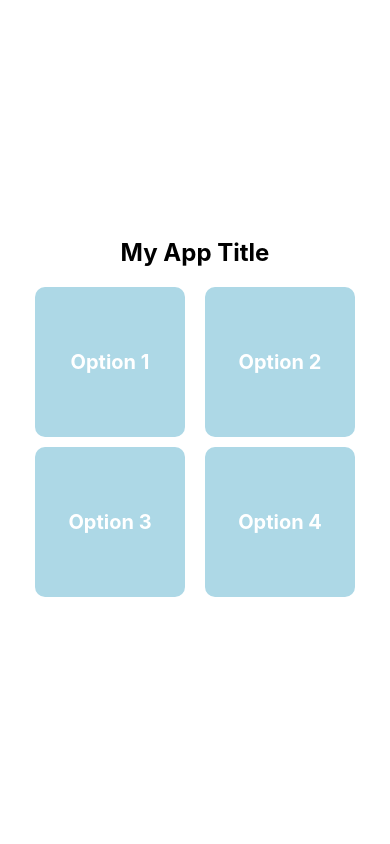
Repository: hajin-park/V-QUIP
Page: / (app in frontend/react-native-app/)
These files come from the project's save history. The page is drawn as it stood at one moment and after the next save; the edit follows.
The browser window is 390 px wide. The pictures show the whole page.
The app was drawn by React Native's web renderer in a window 390 px wide. The project was rebuilt for these pictures with package versions that can differ from the ones it lists, and the page was loaded fresh each time.

Above is the page before, as saved 2024-03-28 20:35:46.

After the next save:
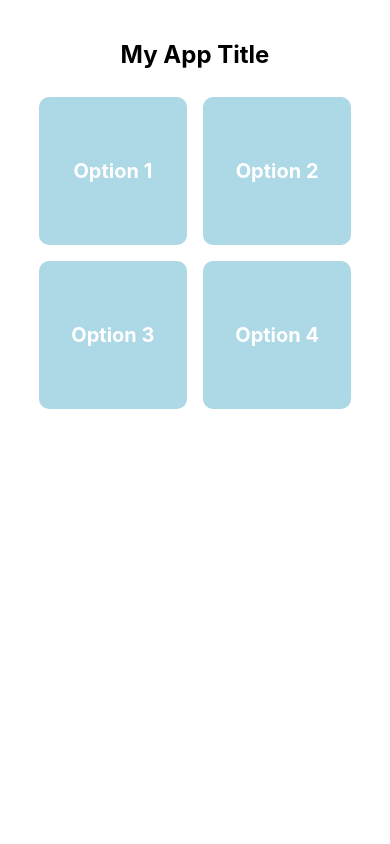
Saved 52 s later.
--- a/frontend/react-native-app/App.js
+++ b/frontend/react-native-app/App.js
@@ -10,15 +10,13 @@ export default function App() {
   return (
     <View style={styles.container}>
       <Text style={styles.title}>My App Title</Text>
-      <View style={styles.row}>
+      <View style={styles.content}>
         <TouchableOpacity style={styles.box} onPress={() => handleOptionClick(1)}>
           <Text style={styles.text}>Option 1</Text>
         </TouchableOpacity>
         <TouchableOpacity style={styles.box} onPress={() => handleOptionClick(2)}>
           <Text style={styles.text}>Option 2</Text>
         </TouchableOpacity>
-      </View>
-      <View style={styles.row}>
         <TouchableOpacity style={styles.box} onPress={() => handleOptionClick(3)}>
           <Text style={styles.text}>Option 3</Text>
         </TouchableOpacity>
@@ -36,26 +34,27 @@ const styles = StyleSheet.create({
     flex: 1,
     backgroundColor: '#fff',
     alignItems: 'center',
-    justifyContent: 'center',
+    justifyContent: 'flex-start',
+    paddingTop: 40, // Add padding top to push content below the status bar
   },
   title: {
     fontSize: 24,
     fontWeight: 'bold',
     marginBottom: 20,
   },
-  row: {
+  content: {
     flexDirection: 'row',
+    flexWrap: 'wrap',
     justifyContent: 'center',
-    marginBottom: 10,
   },
   box: {
-    width: 150,
-    height: 150,
+    width: '45%', // Adjust width as needed for a 2x2 layout
+    aspectRatio: 1, // Maintain aspect ratio for square boxes
     backgroundColor: '#ADD8E6', // Light blue color
     borderRadius: 10, // Rounded edges
     alignItems: 'center',
     justifyContent: 'center',
-    marginHorizontal: 10,
+    margin: '2.5%', // Adjust margin for spacing between boxes
   },
   text: {
     fontSize: 20,
